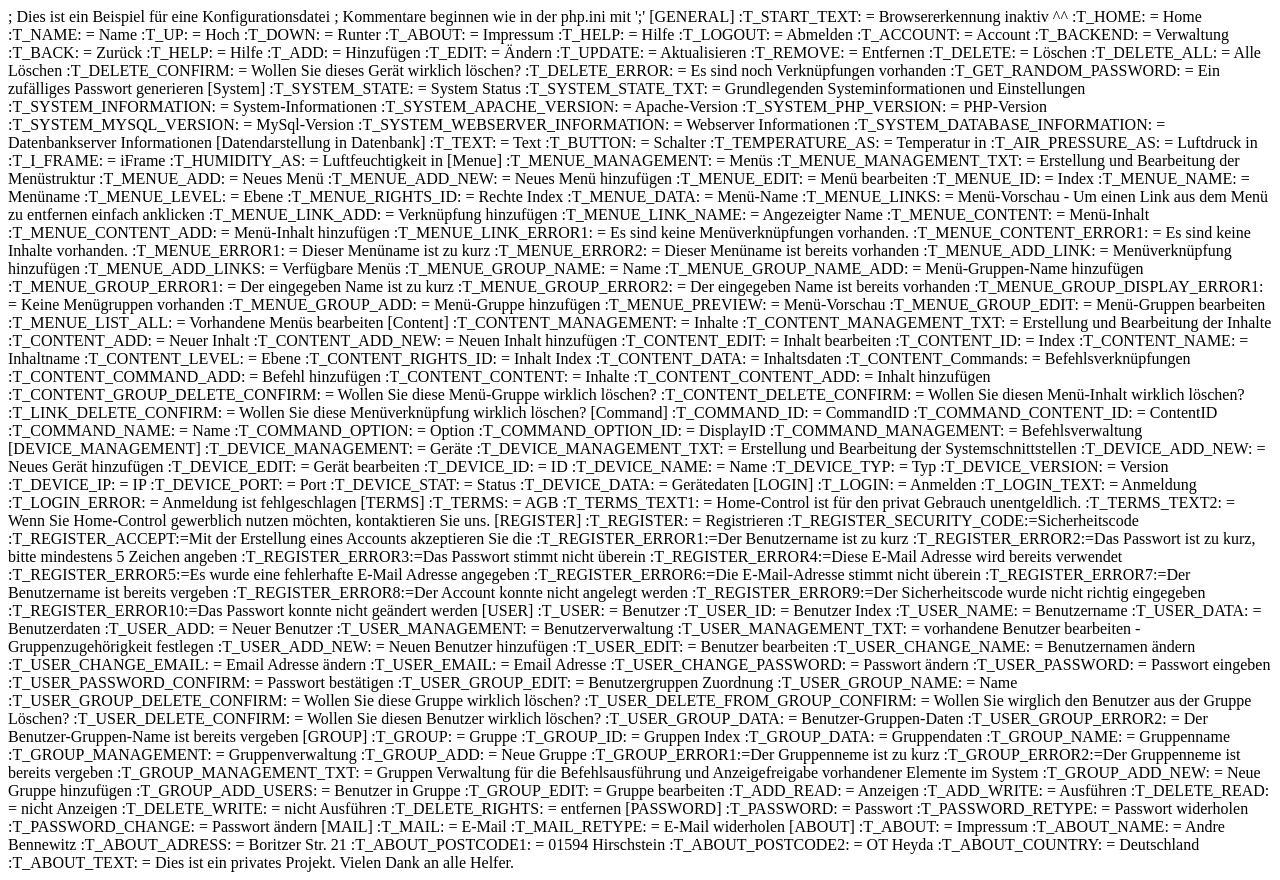
Repository: 0xF3ERROR/Home-Control
Page: http://localhost/language/lang_Ger.php
The author's editor kept a copy of each file at every save. The page is drawn from the files as they stood at one save, then again after the next save.
The browser window is 1280 px wide. The pictures show the whole page.
The page is run by PHP 8.4 with error messages shown; the project is at /var/www/html/.

Above is the page before, as saved 2012-09-16 15:35:39.

After the next save:
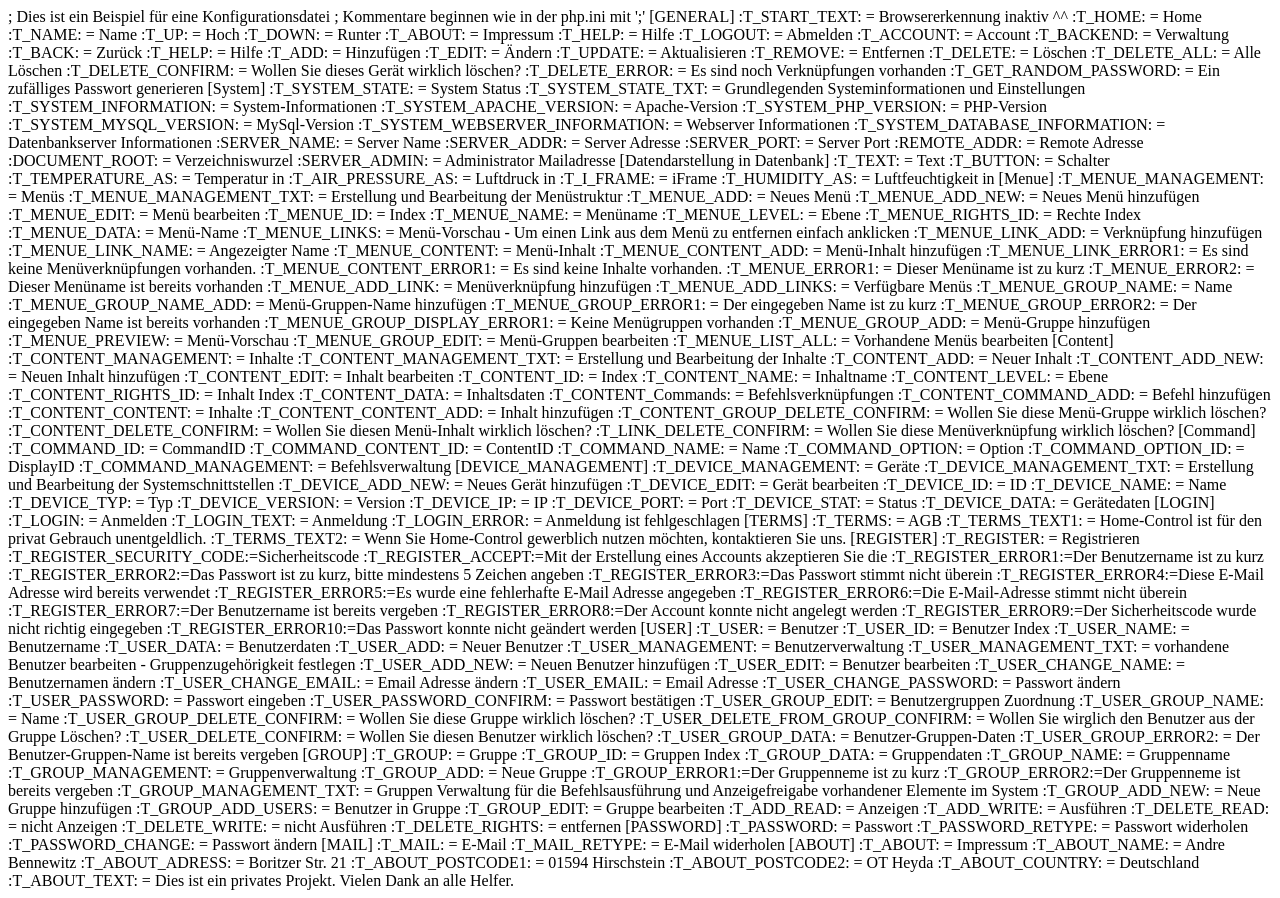
Saved 116 s later.
--- a/Source/language/lang_Ger.php
+++ b/Source/language/lang_Ger.php
@@ -35,6 +35,15 @@
 :T_SYSTEM_MYSQL_VERSION: = MySql-Version
 :T_SYSTEM_WEBSERVER_INFORMATION: = Webserver Informationen
 :T_SYSTEM_DATABASE_INFORMATION: = Datenbankserver Informationen
+:SERVER_NAME: = Server Name
+:SERVER_ADDR: = Server Adresse
+:SERVER_PORT: = Server Port
+:REMOTE_ADDR: = Remote Adresse
+:DOCUMENT_ROOT: = Verzeichniswurzel
+:SERVER_ADMIN: = Administrator Mailadresse
+
+
+
 
 
 [Datendarstellung in Datenbank]
